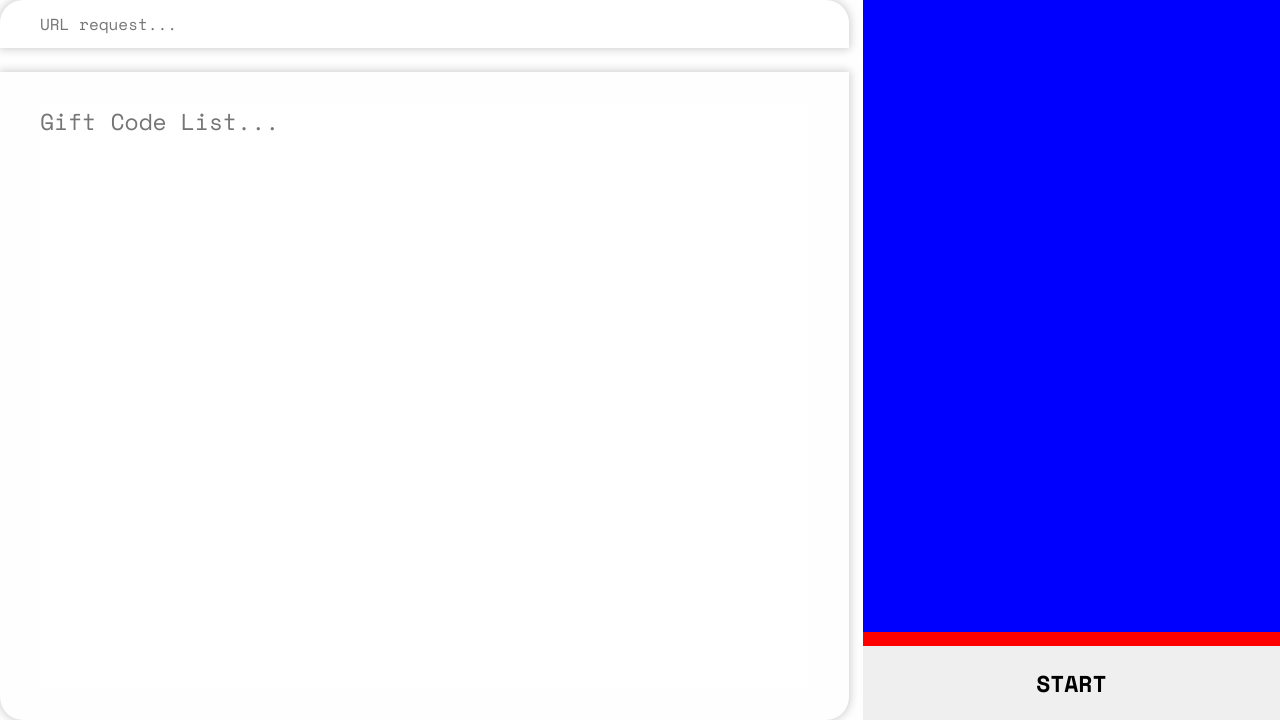
Repository: 777hanh777hanh/test
Page: index.html
These files come from the project's save history. The page is drawn as it stood at one moment and after the next save; the edit follows.
The browser window is 1280 px wide. The pictures show the whole page.

Above is the page before, as saved 2023-06-30 17:35:33.

After the next save:
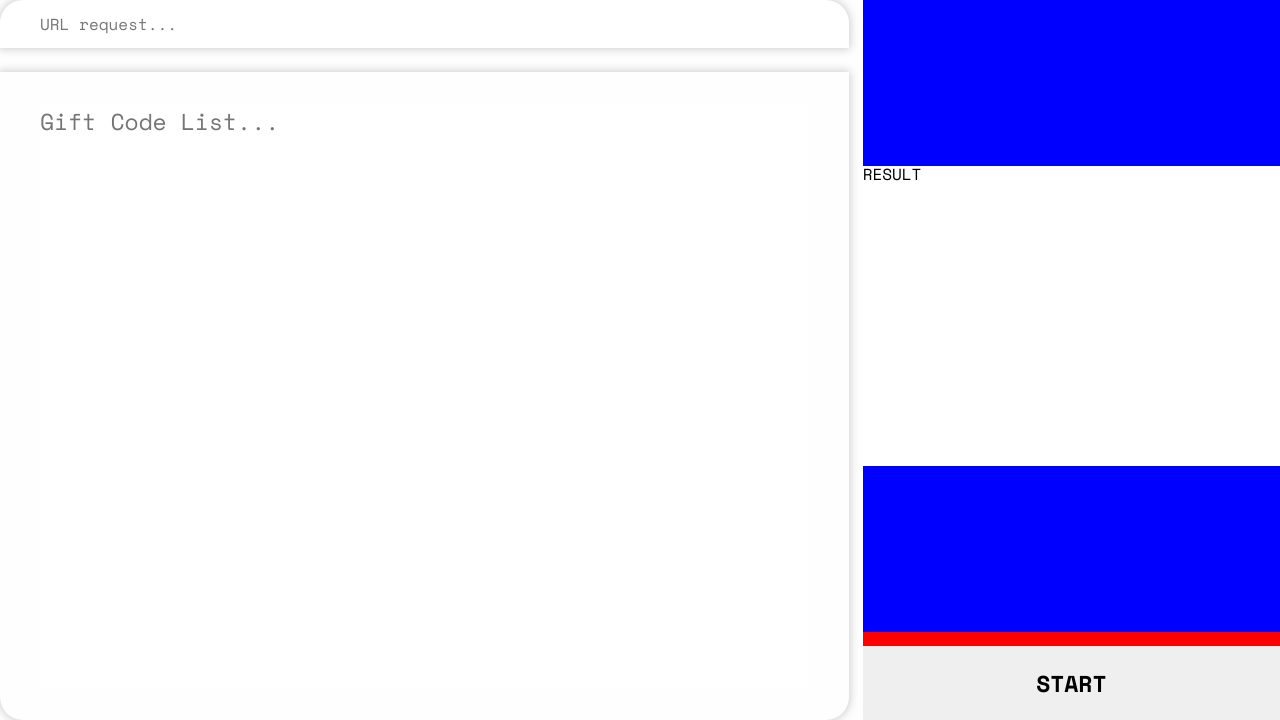
Saved 33 s later.
--- a/assets/css/style.css
+++ b/assets/css/style.css
@@ -104,7 +104,7 @@ html *::-webkit-scrollbar-track {
     content: 'Result';
     text-transform: uppercase;
     z-index: 1;
-    transform: translate(-50%, -50%) rotateX(90deg);
+    transform: translate(-50%, -50%);
     background: #fff;
 }
 

After the 2 saves that followed:
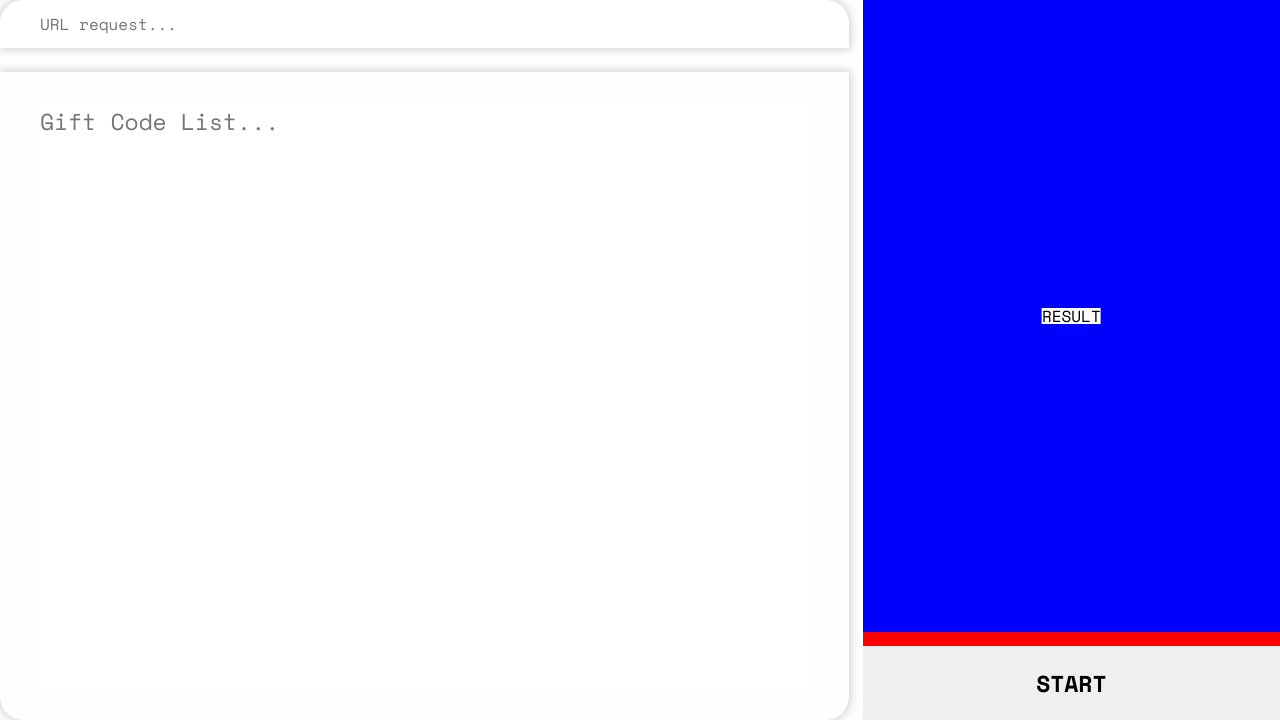
The 2 saves are shown as one change because 1 left the picture as it was.
The last was saved 20 s later.
--- a/assets/css/style.css
+++ b/assets/css/style.css
@@ -96,11 +96,9 @@ html *::-webkit-scrollbar-track {
 
 .result::before {
     position: absolute;
-    display: block;
+    display: inline-block;
     top: 50%;
     left: 50%;
-    width: 100%;
-    height: 300px;
     content: 'Result';
     text-transform: uppercase;
     z-index: 1;
